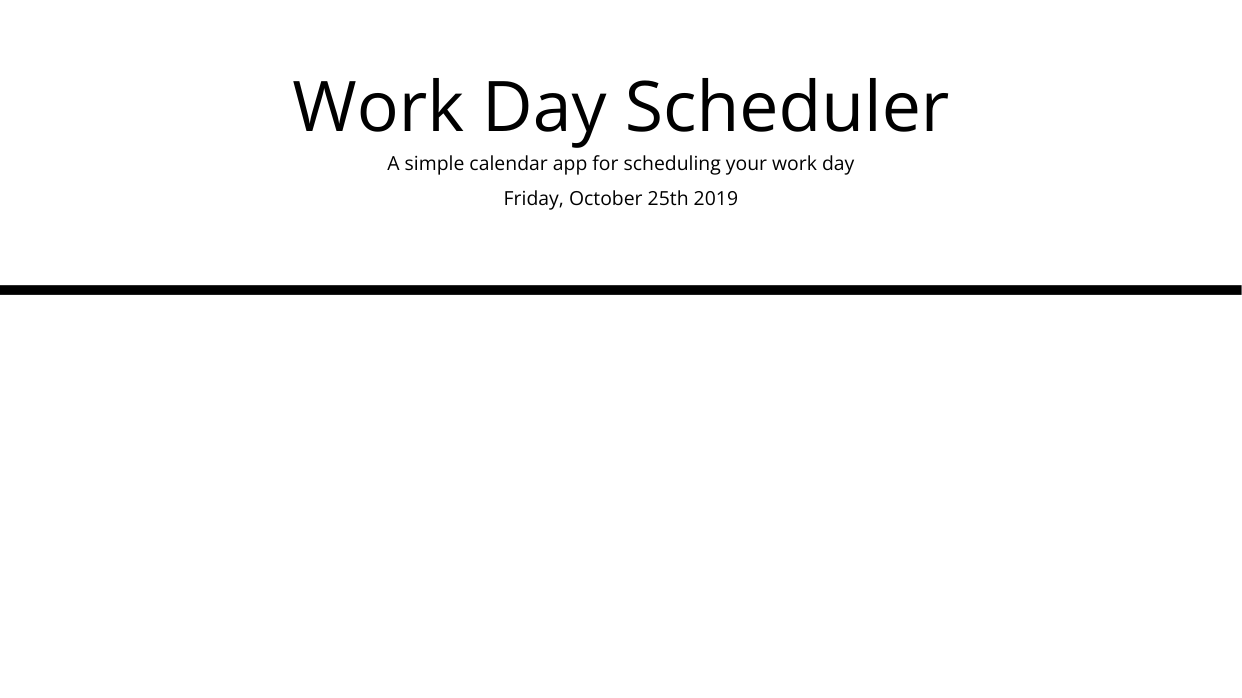
Repository: s88leigh/Day-Planner
Page: Develop/index.html
An editor plug-in stored every save of this project. The page is shown before and after the next save, followed by the edit.
The browser window is 1280 px wide. The pictures show the whole page, at 97% of full size.
Some web libraries are served in a nearby version.

Above is the page before, as saved 2019-10-26 21:37:35.
Console error: SyntaxError: Unexpected token '.'

After the next save:
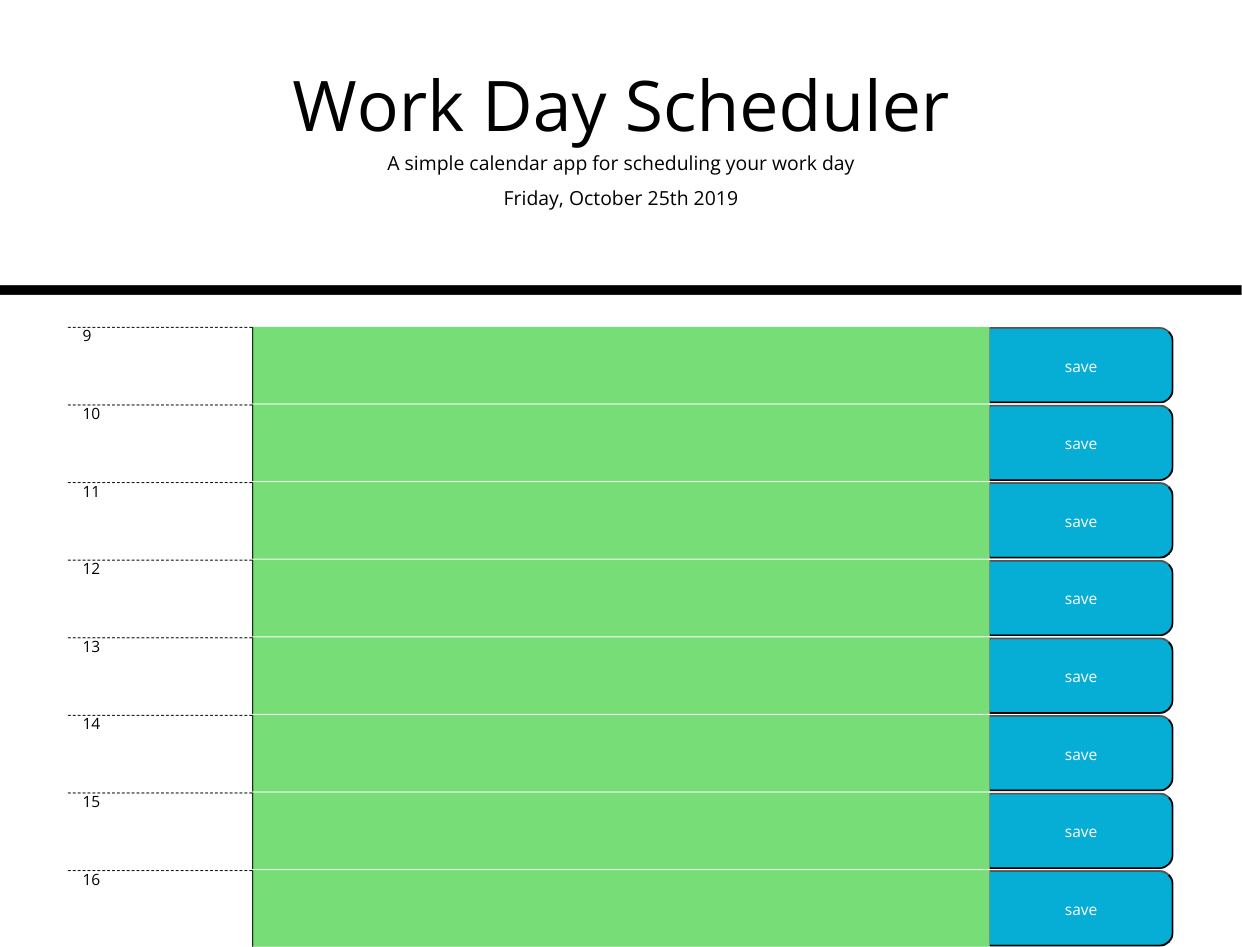
The error is gone.
Saved 45 min 37 s later.
--- a/Develop/script.js
+++ b/Develop/script.js
@@ -32,9 +32,9 @@ $(".saveBtn").on("click", function(){
   console.log("clicked save button");
     });
 
-    var
+    // var
 
-    localStorage.setItem("mytime", Date.now());
+    // localStorage.setItem("mytime", Date.now());
 
 
 
